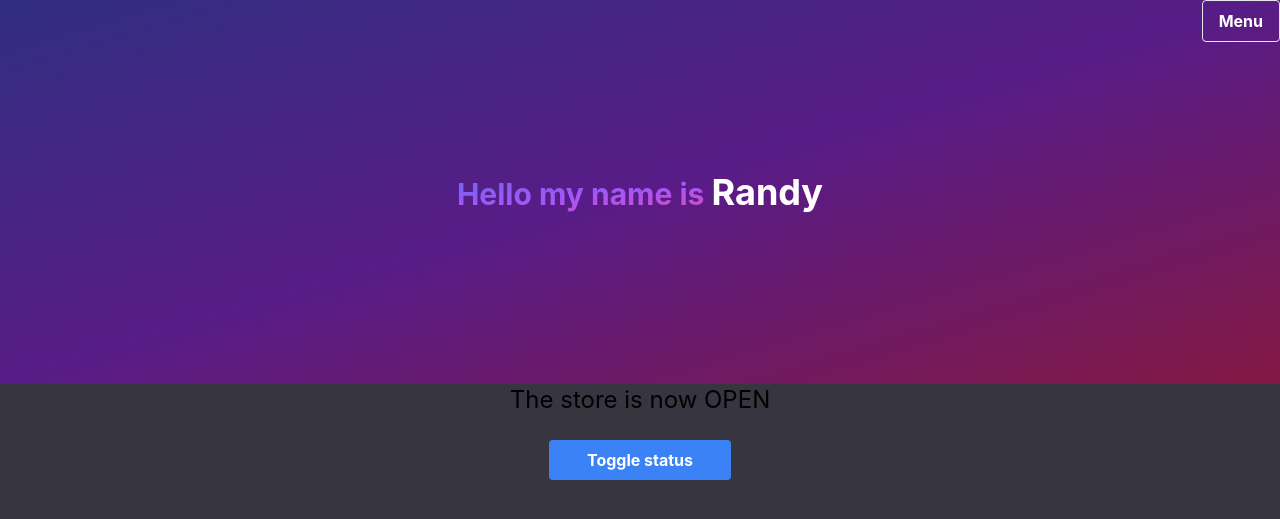
Repository: Freezler/az-900_svelte5
Page: /
These files come from the project's save history. The page is drawn as it stood at one moment and after a run of saves; the edit follows.
The browser window is 1280 px wide. The pictures show the whole page.
The project was rebuilt for these pictures with package versions that can differ from the ones it lists, and the page was loaded fresh each time. The framework's server and built-in components were replaced by stand-ins that run in the browser. Also part of the build but not shown: vite.config.ts.

Above is the page before, as saved 2024-11-02 13:34:18.

After the next 3 saves:
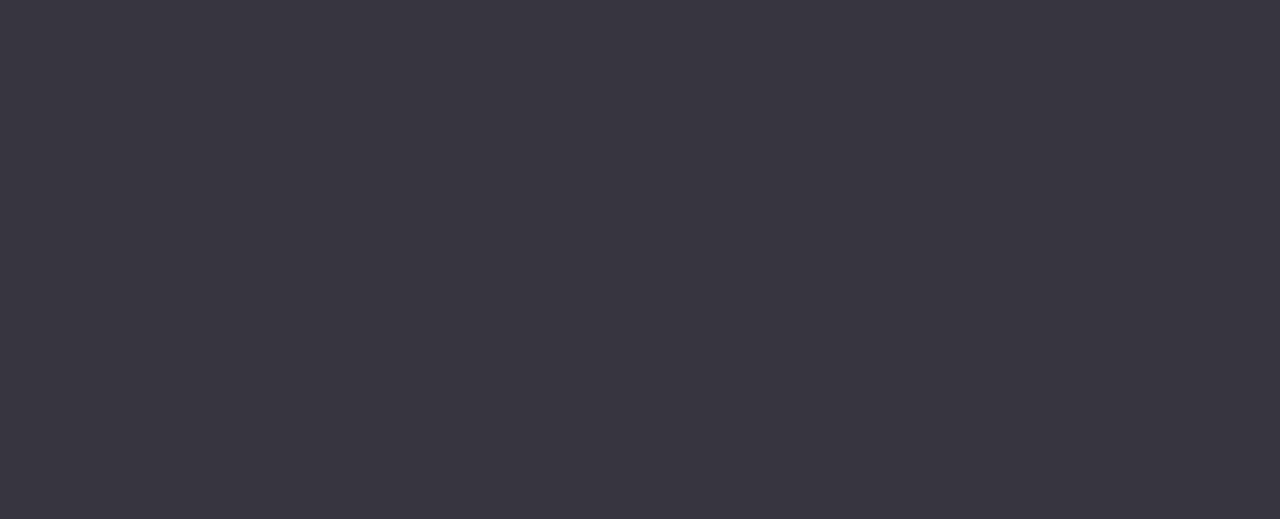
Console error: ReferenceError: full_name is not defined
The 3 saves are shown as one change because they came seconds apart.
The last was saved 58 s later.
--- a/src/routes/Header.svelte
+++ b/src/routes/Header.svelte
@@ -8,6 +8,6 @@
 	<h1
 		class="bg-gradient-to-br from-indigo-500 via-purple-500 to-pink-500 bg-clip-text text-3xl font-bold text-transparent"
 	>
-		Hello my name is <span class="text-4xl text-white">{name}</span>
+		Hello my name is <span class="text-4xl text-white">{full_name}</span>
 	</h1>
 </div>

After the 2 saves that followed:
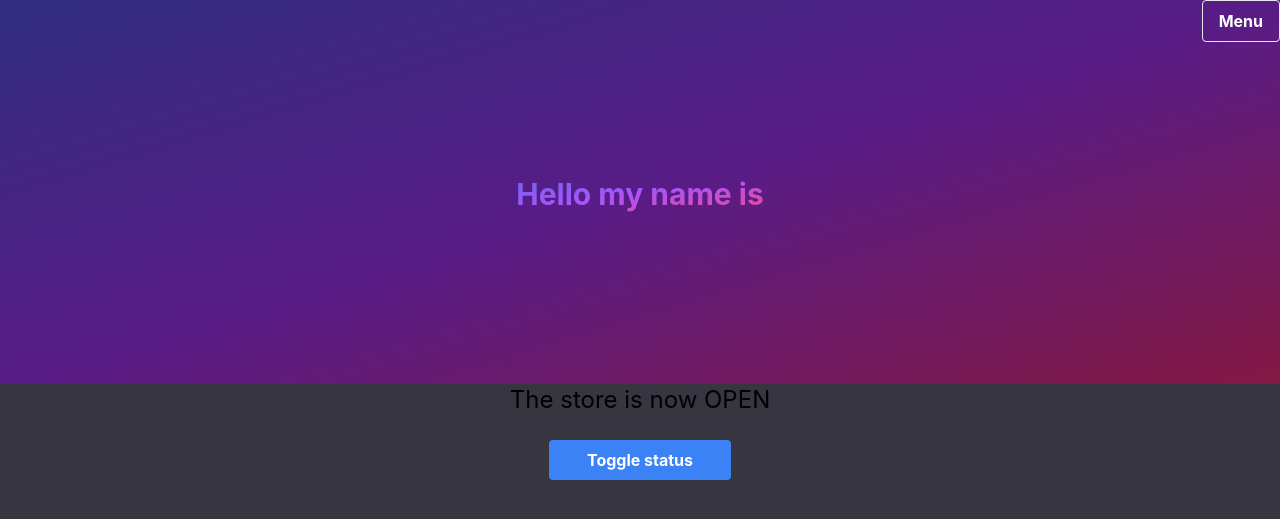
The error is gone.
The 2 saves are shown as one change because they came seconds apart.
The last was saved 15 s later.
--- a/src/routes/Header.svelte
+++ b/src/routes/Header.svelte
@@ -1,5 +1,5 @@
 <script lang="ts">
-	let { name }: { name: string } = $props();
+	let { full_name }: { name: string } = $props();
 </script>
 
 <div
